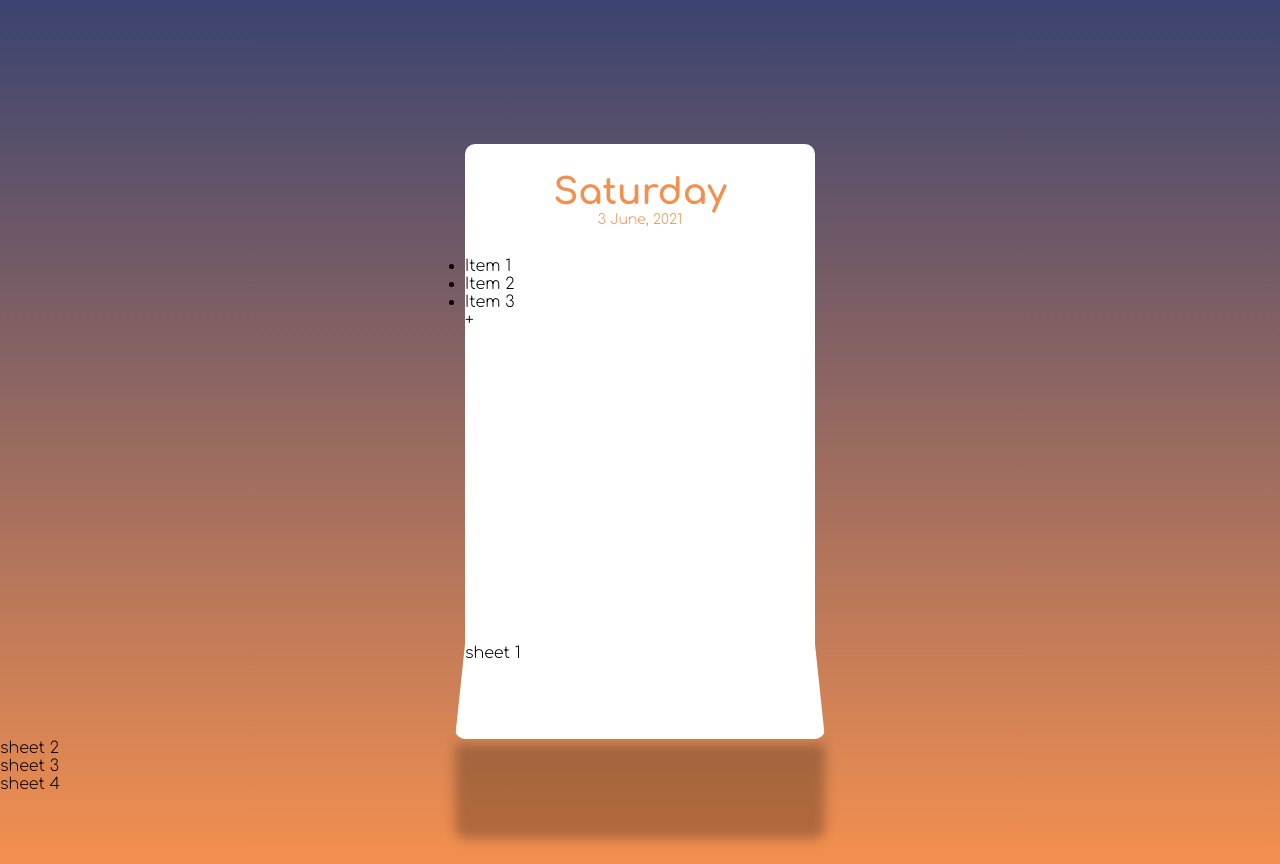
Repository: Colo-Codes/mini-projects
Page: todo-app/index.html
An editor plug-in stored every save of this project. The page is shown before and after the next save, followed by the edit.
The browser window is 1280 px wide. The pictures show the whole page.

Above is the page before, as saved 2021-07-04 11:34:58.

After the next save:
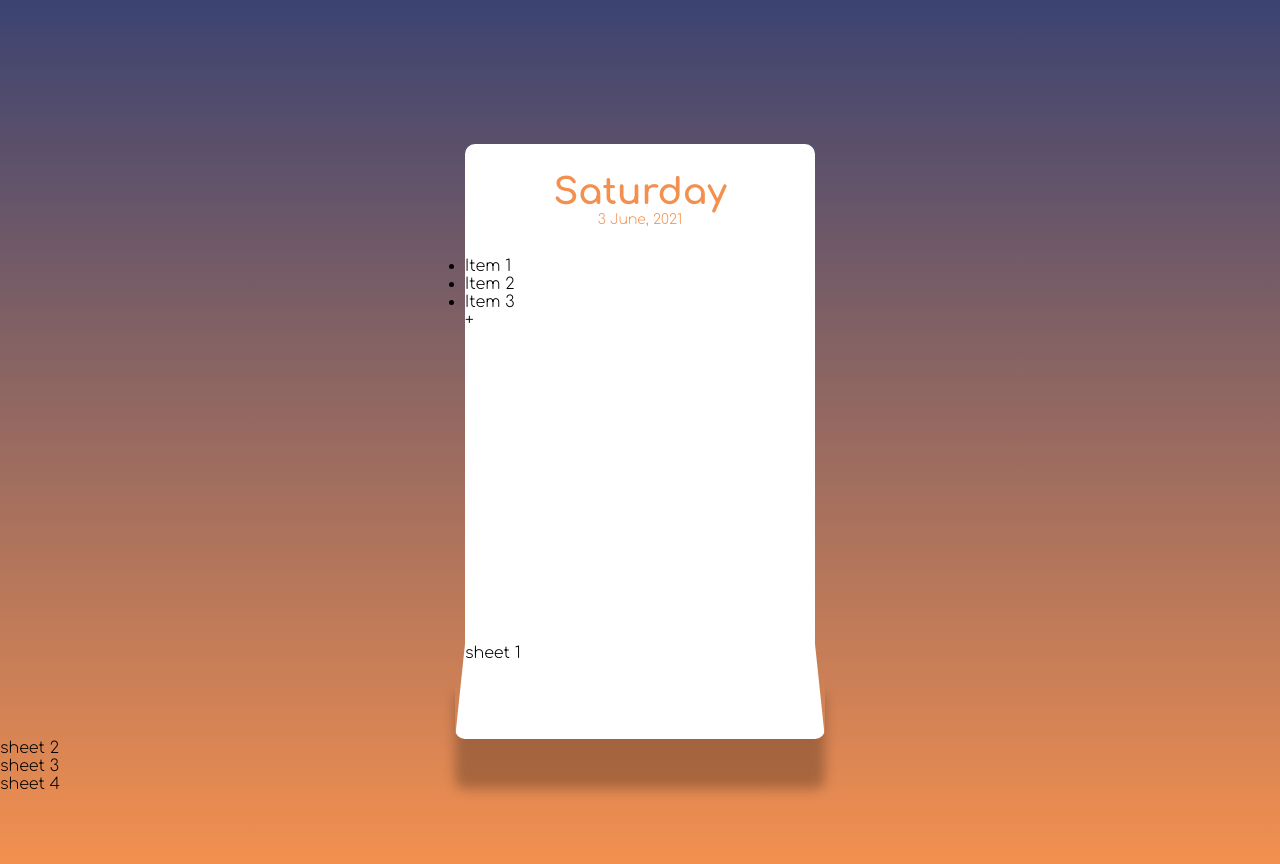
Saved 7 s later.
--- a/todo-app/css/index.css
+++ b/todo-app/css/index.css
@@ -54,7 +54,7 @@ body {
     border-right: 10px solid transparent;
     /* height: 0; */
     /* width: 100px; */
-    box-shadow: 0px 100px 12px rgba(0, 0, 0, 0.25);
+    box-shadow: 0px 50px 12px rgba(0, 0, 0, 0.25);
 }
 
 #todo--header header {
